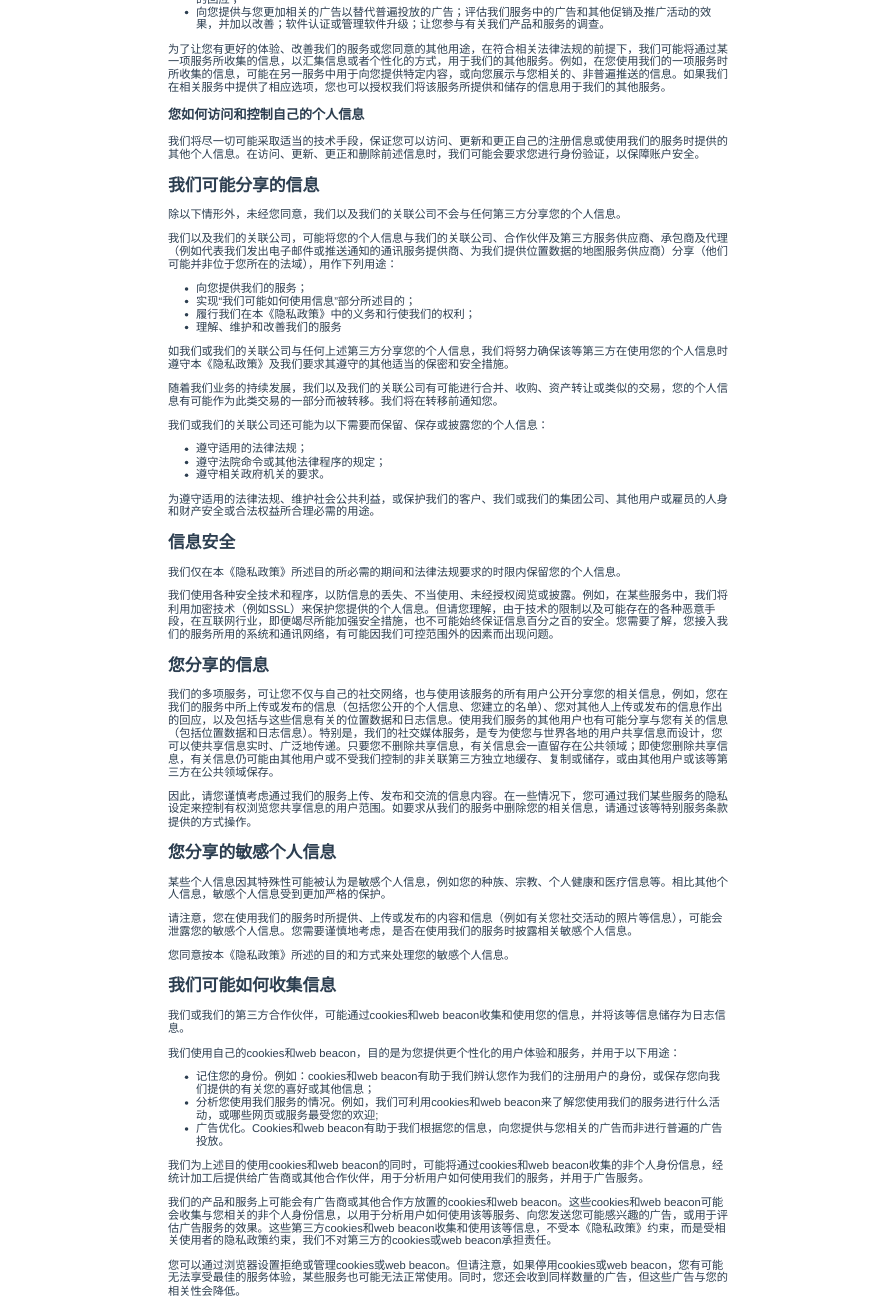
Repository: zl-mdc/privacy-policy
Page: /
An editor plug-in stored every save of this project. The page is shown before and after the next save, followed by the edit.
The browser window is 1280 px wide. The pictures show the part of the page from y = 1186 to 3106 px (the page is 3055 px tall before and 3106 px after), at 70% of full size.
The project was rebuilt for these pictures with package versions that can differ from the ones it lists, and the page was loaded fresh each time.

Above is the page before, as saved 2020-09-17 16:13:17.

### src/main.js
import Vue from 'vue'
import App from './App.vue'
import 'normalize.css'

Vue.config.productionTip = false

new Vue({
  render: h => h(App),
}).$mount('#app')

### src/App.vue
<template>
  <div id="app">
    <Info />
  </div>
</template>

<script>
import Info from './components/Info';

export default {
  name: 'App',
  components: {
    Info
  }
}
</script>

<style>
#app {
  font-family: Avenir, Helvetica, Arial, sans-serif;
  -webkit-font-smoothing: antialiased;
  -moz-osx-font-smoothing: grayscale;
  text-align: center;
  color: #2c3e50;
  margin-top: 60px;
}
</style>

### src/components/Info.vue
<!--
 * @Author: Code_Master
 * @Date: 2020-09-17 15:00:51
 * @LastEditTime: 2020-09-17 16:13:17
 * @LastEditors: Code_Master
 * @FilePath: /privacy-policy/src/components/Info.vue
 * @Description: The first 90% of the code accounts for the first 90% of the development time. The remaining 10% of the code accounts for the other 90% of the development time.
-->
<template>
    <div id="info">
          <h1>红岩网校工作站隐私政策</h1>

          <h2>引言</h2>
          <p><span></span>其明重视用户的隐私，隐私权是您重要的权利。您在使用我们的服务时，我们可能会收集和使用您的相关信息。我们希望通过本《隐私政策》向您说明，在使用我们的服务时，我们如何收集、使用、储存和分享这些信息，以及我们为您提供的访问、更新、控制和保护这些信息的方式。本《隐私政策》与您所使用的其明服务息息相关，希望您仔细阅读，在需要时，按照本《隐私政策》的指引，作出您认为适当的选择。本《隐私政策》中涉及的相关技术词汇，我们尽量以简明扼要的表述，并提供进一步说明的链接，以便您的理解。 您使用或继续使用我们的服务，即意味着同意我们按照本《隐私政策》收集、使用、储存和分享您的相关信息。 如对本《隐私政策》或相关事宜有任何问题，请与我们联系。 </p>

          <h2>我们可能收集的信息</h2>
          <p>我们提供服务时，可能会收集、储存和使用下列与您有关的信息。如果您不提供相关信息，可能无法注册成为我们的用户或无法享受我们提供的某些服务，或者无法达到相关服务拟达到的效果。</p>
          <h3>您提供的信息</h3>
          <p>您在注册账户或使用我们的服务时，向我们提供的相关个人信息，例如电话号码、电子邮件或银行卡号等；</p>
          <p>您通过我们的服务向其他方提供的共享信息，以及您使用我们的服务时所储存的信息。</p>
          <h3>其他方分享的您的信息</h3>
          <p>其他方使用我们的服务时所提供有关您的共享信息。</p>
          <h3>我们获取的您的信息</h3>
          <p>您使用服务时我们可能收集如下信息：</p>
          <p>日志信息，指您使用我们的服务时，系统可能通过cookies、web beacon或其他方式自动采集的技术信息，包括：设备或软件信息，例如您的移动设备、网页浏览器或用于接入我们服务的其他程序所提供的配置信息、您的IP地址和移动设备所用的版本和设备识别码；</p>
          <p>在使用我们服务时搜索或浏览的信息，例如您使用的网页搜索词语、访问的社交媒体页url地址，以及您在使用我们服务时浏览或要求提供的其他信息和内容详情；有关您曾使用的移动应用（APP）和其他软件的信息，以及您曾经使用该等移动应用和软件的信息；</p>
          <p>您通过我们的服务进行通讯的信息，例如曾通讯的账号，以及通讯时间、数据和时长；</p>
          <p>位置信息，指您开启设备定位功能并使用我们基于位置提供的相关服务时，收集的有关您位置的信息，包括：</p>
          <ul>
              <li>您通过具有定位功能的移动设备使用我们的服务时，通过GPS或WiFi等方式收集的您的地理位置信息；</li>
              <li>您或其他用户提供的包含您所处地理位置的实时信息，例如您提供的账户信息中包含的您所在地区信息，您或其他人上传的显示您当前或曾经所处地理位置的共享信息，您或其他人共享的照片包含的地理标记信息；</li>
          </ul>
          <p>您可以通过关闭定位功能，停止对您的地理位置信息的收集。</p>

          <h2>我们可能如何使用信息</h2>
          <p>我们可能将在向您提供服务的过程之中所收集的信息用作下列用途：</p>
          <ul>
              <li>向您提供服务； </li>
              <li>在我们提供服务时，用于身份验证、客户服务、安全防范、诈骗监测、存档和备份用途，确保我们向您提供的产品和服务的安全性； </li>
              <li>帮助我们设计新服务，改善我们现有服务；使我们更加了解您如何接入和使用我们的服务，从而针对性地回应您的个性化需求，例如语言设定、 位置设定、个性化的帮助服务和指示，或对您和其他用户作出其他方面的回应；</li>
              <li>向您提供与您更加相关的广告以替代普遍投放的广告；评估我们服务中的广告和其他促销及推广活动的效果，并加以改善；软件认证或管理软件升级；让您参与有关我们产品和服务的调查。</li>
          </ul>
          <p>为了让您有更好的体验、改善我们的服务或您同意的其他用途，在符合相关法律法规的前提下，我们可能将通过某一项服务所收集的信息，以汇集信息或者个性化的方式，用于我们的其他服务。例如，在您使用我们的一项服务时所收集的信息，可能在另一服务中用于向您提供特定内容，或向您展示与您相关的、非普遍推送的信息。如果我们在相关服务中提供了相应选项，您也可以授权我们将该服务所提供和储存的信息用于我们的其他服务。</p>
          <h3>您如何访问和控制自己的个人信息</h3>
          <p>我们将尽一切可能采取适当的技术手段，保证您可以访问、更新和更正自己的注册信息或使用我们的服务时提供的其他个人信息。在访问、更新、更正和删除前述信息时，我们可能会要求您进行身份验证，以保障账户安全。</p>

          <h2>我们可能分享的信息</h2>
          <p>除以下情形外，未经您同意，我们以及我们的关联公司不会与任何第三方分享您的个人信息。</p>
          <p>我们以及我们的关联公司，可能将您的个人信息与我们的关联公司、合作伙伴及第三方服务供应商、承包商及代理（例如代表我们发出电子邮件或推送通知的通讯服务提供商、为我们提供位置数据的地图服务供应商）分享（他们可能并非位于您所在的法域），用作下列用途：</p>
          <ul>
              <li>向您提供我们的服务；</li>
              <li>实现“我们可能如何使用信息”部分所述目的；</li>
              <li>履行我们在本《隐私政策》中的义务和行使我们的权利； </li>
              <li>理解、维护和改善我们的服务</li>
          </ul>
          <p>如我们或我们的关联公司与任何上述第三方分享您的个人信息，我们将努力确保该等第三方在使用您的个人信息时遵守本《隐私政策》及我们要求其遵守的其他适当的保密和安全措施。</p>
          <p>随着我们业务的持续发展，我们以及我们的关联公司有可能进行合并、收购、资产转让或类似的交易，您的个人信息有可能作为此类交易的一部分而被转移。我们将在转移前通知您。</p>
          <p>我们或我们的关联公司还可能为以下需要而保留、保存或披露您的个人信息：</p>
          <ul>
              <li>遵守适用的法律法规；</li>
              <li>遵守法院命令或其他法律程序的规定； </li>
              <li>遵守相关政府机关的要求。 </li>
          </ul>
          <p>为遵守适用的法律法规、维护社会公共利益，或保护我们的客户、我们或我们的集团公司、其他用户或雇员的人身和财产安全或合法权益所合理必需的用途。</p>

          <h2>信息安全</h2>
          <p>我们仅在本《隐私政策》所述目的所必需的期间和法律法规要求的时限内保留您的个人信息。</p>
          <p>我们使用各种安全技术和程序，以防信息的丢失、不当使用、未经授权阅览或披露。例如，在某些服务中，我们将利用加密技术（例如SSL）来保护您提供的个人信息。但请您理解，由于技术的限制以及可能存在的各种恶意手段，在互联网行业，即便竭尽所能加强安全措施，也不可能始终保证信息百分之百的安全。您需要了解，您接入我们的服务所用的系统和通讯网络，有可能因我们可控范围外的因素而出现问题。</p>

          <h2>您分享的信息</h2>
          <p>我们的多项服务，可让您不仅与自己的社交网络，也与使用该服务的所有用户公开分享您的相关信息，例如，您在我们的服务中所上传或发布的信息（包括您公开的个人信息、您建立的名单）、您对其他人上传或发布的信息作出的回应，以及包括与这些信息有关的位置数据和日志信息。使用我们服务的其他用户也有可能分享与您有关的信息（包括位置数据和日志信息）。特别是，我们的社交媒体服务，是专为使您与世界各地的用户共享信息而设计，您可以使共享信息实时、广泛地传递。只要您不删除共享信息，有关信息会一直留存在公共领域；即使您删除共享信息，有关信息仍可能由其他用户或不受我们控制的非关联第三方独立地缓存、复制或储存，或由其他用户或该等第三方在公共领域保存。</p>
          <p>因此，请您谨慎考虑通过我们的服务上传、发布和交流的信息内容。在一些情况下，您可通过我们某些服务的隐私设定来控制有权浏览您共享信息的用户范围。如要求从我们的服务中删除您的相关信息，请通过该等特别服务条款提供的方式操作。</p>

          <h2>您分享的敏感个人信息  </h2>
          <p>某些个人信息因其特殊性可能被认为是敏感个人信息，例如您的种族、宗教、个人健康和医疗信息等。相比其他个人信息，敏感个人信息受到更加严格的保护。</p>
          <p>请注意，您在使用我们的服务时所提供、上传或发布的内容和信息（例如有关您社交活动的照片等信息），可能会泄露您的敏感个人信息。您需要谨慎地考虑，是否在使用我们的服务时披露相关敏感个人信息。</p>
          <p>您同意按本《隐私政策》所述的目的和方式来处理您的敏感个人信息。</p>

          <h2>我们可能如何收集信息</h2>
          <p>我们或我们的第三方合作伙伴，可能通过cookies和web beacon收集和使用您的信息，并将该等信息储存为日志信息。</p>
          <p>我们使用自己的cookies和web beacon，目的是为您提供更个性化的用户体验和服务，并用于以下用途：</p>
          <ul>
              <li>记住您的身份。例如：cookies和web beacon有助于我们辨认您作为我们的注册用户的身份，或保存您向我们提供的有关您的喜好或其他信息；</li>
              <li>分析您使用我们服务的情况。例如，我们可利用cookies和web beacon来了解您使用我们的服务进行什么活动，或哪些网页或服务最受您的欢迎;</li>
              <li>广告优化。Cookies和web beacon有助于我们根据您的信息，向您提供与您相关的广告而非进行普遍的广告投放。</li>
          </ul>
          <p>我们为上述目的使用cookies和web beacon的同时，可能将通过cookies和web beacon收集的非个人身份信息，经统计加工后提供给广告商或其他合作伙伴，用于分析用户如何使用我们的服务，并用于广告服务。</p>
          <p>我们的产品和服务上可能会有广告商或其他合作方放置的cookies和web beacon。这些cookies和web beacon可能会收集与您相关的非个人身份信息，以用于分析用户如何使用该等服务、向您发送您可能感兴趣的广告，或用于评估广告服务的效果。这些第三方cookies和web beacon收集和使用该等信息，不受本《隐私政策》约束，而是受相关使用者的隐私政策约束，我们不对第三方的cookies或web beacon承担责任。</p>
          <p>您可以通过浏览器设置拒绝或管理cookies或web beacon。但请注意，如果停用cookies或web beacon，您有可能无法享受最佳的服务体验，某些服务也可能无法正常使用。同时，您还会收到同样数量的广告，但这些广告与您的相关性会降低。</p>
    </div>
</template>

<script>
export default {
    name: "Info",
}
</script>

<style>
    #info {
        width: 800px;
        margin: 0 auto;
        text-align: left;
    }
    h1 {
        text-align: center;
    }
</style>

Loaded but not shown: public/index.html (common file)

After the next save:
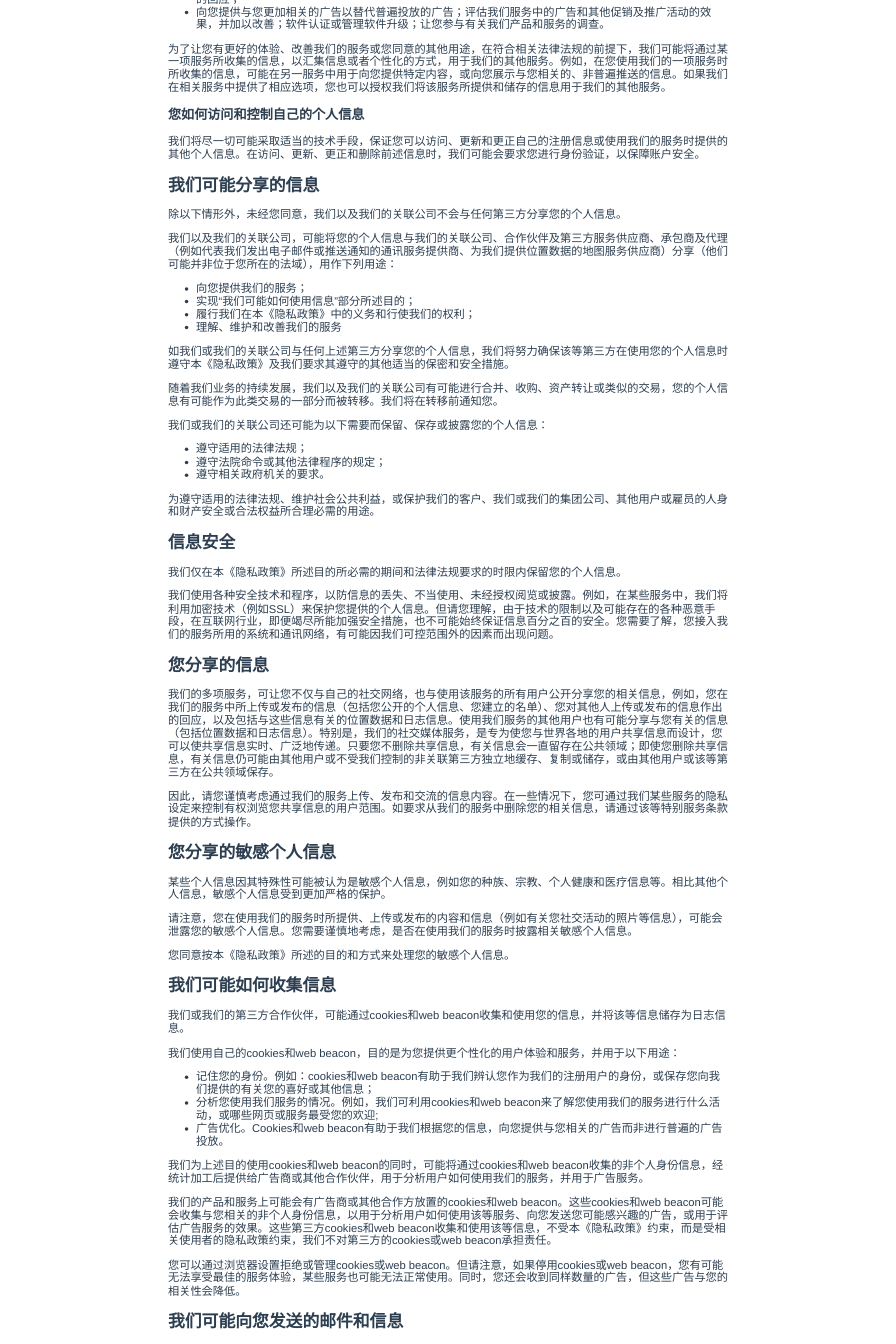
Saved 20 s later.
--- a/src/components/Info.vue
+++ b/src/components/Info.vue
@@ -1,7 +1,7 @@
 <!--
  * @Author: Code_Master
  * @Date: 2020-09-17 15:00:51
- * @LastEditTime: 2020-09-17 16:13:17
+ * @LastEditTime: 2020-09-17 16:13:37
  * @LastEditors: Code_Master
  * @FilePath: /privacy-policy/src/components/Info.vue
  * @Description: The first 90% of the code accounts for the first 90% of the development time. The remaining 10% of the code accounts for the other 90% of the development time.
@@ -87,6 +87,9 @@
           <p>我们为上述目的使用cookies和web beacon的同时，可能将通过cookies和web beacon收集的非个人身份信息，经统计加工后提供给广告商或其他合作伙伴，用于分析用户如何使用我们的服务，并用于广告服务。</p>
           <p>我们的产品和服务上可能会有广告商或其他合作方放置的cookies和web beacon。这些cookies和web beacon可能会收集与您相关的非个人身份信息，以用于分析用户如何使用该等服务、向您发送您可能感兴趣的广告，或用于评估广告服务的效果。这些第三方cookies和web beacon收集和使用该等信息，不受本《隐私政策》约束，而是受相关使用者的隐私政策约束，我们不对第三方的cookies或web beacon承担责任。</p>
           <p>您可以通过浏览器设置拒绝或管理cookies或web beacon。但请注意，如果停用cookies或web beacon，您有可能无法享受最佳的服务体验，某些服务也可能无法正常使用。同时，您还会收到同样数量的广告，但这些广告与您的相关性会降低。</p>
+
+          <h2>我们可能向您发送的邮件和信息 </h2>
+
     </div>
 </template>
 
